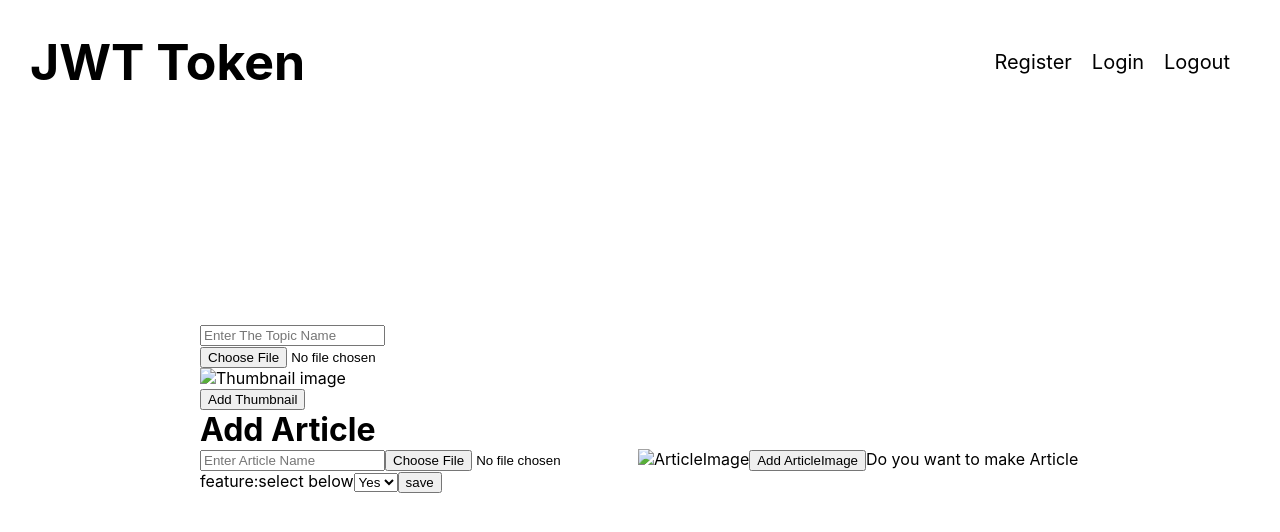
Repository: Prafullkuma/jwttoken
Page: /admin
The author's editor kept a copy of each file at every save. The page is drawn from the files as they stood at one save, then again after the next save.
The browser window is 1280 px wide. The pictures show the whole page.
The project was rebuilt for these pictures with package versions that can differ from the ones it lists, and the page was loaded fresh each time. Also part of the build but not shown: src/App.css, src/component/Auth/Signup.js, src/component/Auth/Signin.js, src/component/User/User.js, src/component/Home/Home.js, src/component/Auth/Logout.js.

Above is the page before, as saved 2020-08-22 21:45:49.

After the next save:
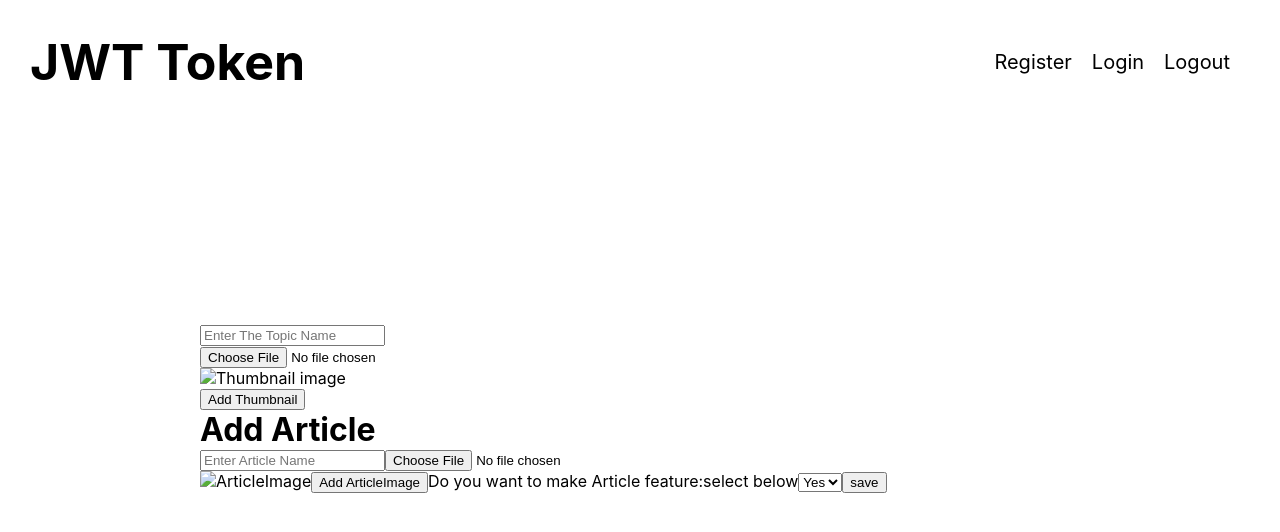
Saved 8 s later.
--- a/src/component/Admin/Dashboard.js
+++ b/src/component/Admin/Dashboard.js
@@ -40,7 +40,7 @@
 
                 <input type="file"
                     value={articleImage}
-                    onChange={e => setArticleImage(e.target.value)} />
+                    onChange={e => setArticleImage(e.target.value)} /><br />
                 <img src="" alt="ArticleImage" />
                 <button onClick={addArticleImage}> Add ArticleImage</button>
                 <span>Do you want to make Article feature:select below</span>

After the save that followed:
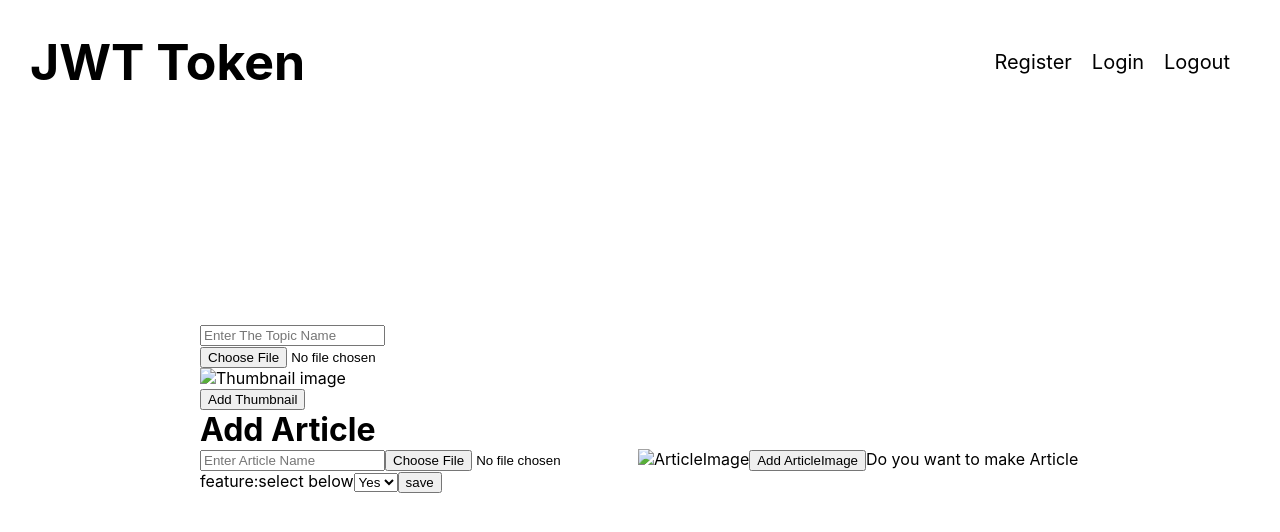
Saved 7 s later.
--- a/src/component/Admin/Dashboard.js
+++ b/src/component/Admin/Dashboard.js
@@ -40,7 +40,7 @@
 
                 <input type="file"
                     value={articleImage}
-                    onChange={e => setArticleImage(e.target.value)} /><br />
+                    onChange={e => setArticleImage(e.target.value)} />
                 <img src="" alt="ArticleImage" />
                 <button onClick={addArticleImage}> Add ArticleImage</button>
                 <span>Do you want to make Article feature:select below</span>
